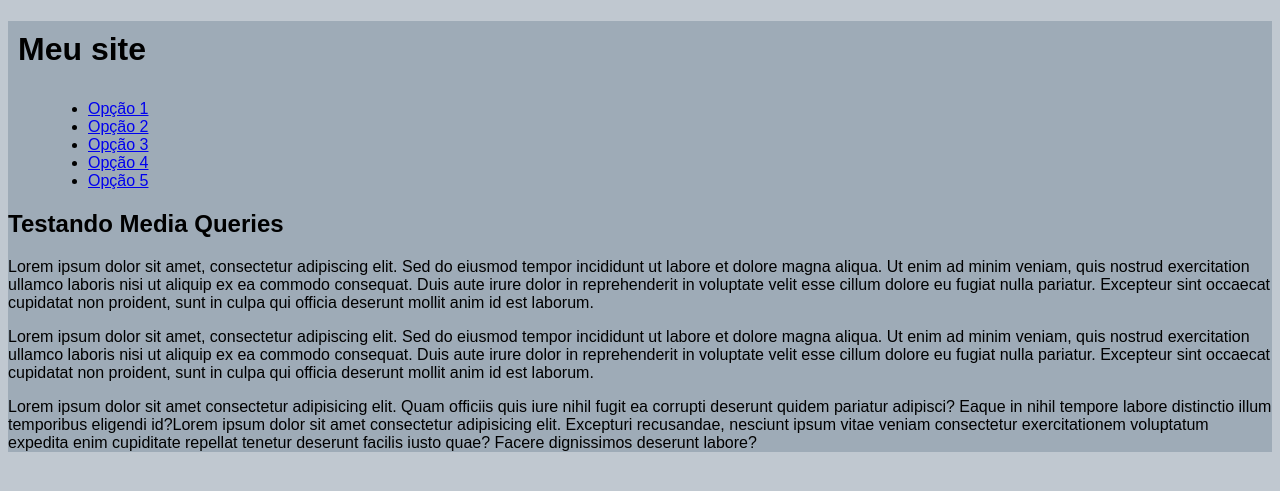
Repository: Sandro1969-tech/menu-hamburger
Page: index.html
The author's editor kept a copy of each file at every save. The page is drawn from the files as they stood at one save, then again after a run of saves.
The browser window is 1280 px wide. The pictures show the whole page.

Above is the page before, as saved 2025-12-25 18:03:05.

### index.html
<!DOCTYPE html>
<html lang="pt-br">
<head>
    <meta charset="UTF-8">
    <meta name="viewport" content="width=device-width, initial-scale=1.0">
    <title>Media Queries</title>
    <link rel="stylesheet" href="style.css">
</head>
<body>
  <header>
    <main>
            <h1>Meu site</h1>
            <menu>
                <ul>
                    <li><a href="#">Opção 1</a></li>
                    <li><a href="#">Opção 2</a></li>
                    <li><a href="#">Opção 3</a></li>
                    <li><a href="#">Opção 4</a></li>
                    <li><a href="#">Opção 5</a></li>
                </ul>
            </menu>
                <article>
                    <h2>Testando Media Queries</h2>
                    <p>Lorem ipsum dolor sit amet, consectetur adipiscing elit. Sed do eiusmod tempor incididunt ut labore et dolore magna aliqua. Ut enim ad minim veniam, quis nostrud exercitation ullamco laboris nisi ut aliquip ex ea commodo consequat. Duis aute irure dolor in reprehenderit in voluptate velit esse cillum dolore eu fugiat nulla pariatur. Excepteur sint occaecat cupidatat non proident, sunt in culpa qui officia deserunt mollit anim id est laborum.</p>
                    <p>Lorem ipsum dolor sit amet, consectetur adipiscing elit. Sed do eiusmod tempor incididunt ut labore et dolore magna aliqua. Ut enim ad minim veniam, quis nostrud exercitation ullamco laboris nisi ut aliquip ex ea commodo consequat. Duis aute irure dolor in reprehenderit in voluptate velit esse cillum dolore eu fugiat nulla pariatur. Excepteur sint occaecat cupidatat non proident, sunt in culpa qui officia deserunt mollit anim id est laborum.</p>
                    <p> Lorem ipsum dolor sit amet consectetur adipisicing elit. Quam officiis quis iure nihil fugit ea corrupti deserunt quidem pariatur adipisci? Eaque in nihil tempore labore distinctio illum temporibus eligendi id?Lorem ipsum dolor sit amet consectetur adipisicing elit. Excepturi recusandae, nesciunt ipsum vitae veniam consectetur exercitationem voluptatum expedita enim cupiditate repellat tenetur deserunt facilis iusto quae? Facere dignissimos deserunt labore?</p>
                </article>
    </main>
  </header>
</body>
</html>

### style.css
@charset "UTF-8";

* {
    font-family: Arial, Helvetica, sans-serif;
}

body {
    background-color:
    rgba(119, 136, 153, 0.459);
}
header {
    background-color:rgba(119, 136, 153, 0.459);
;
}

h1 {
padding: 10px;

}

After the next 5 saves:
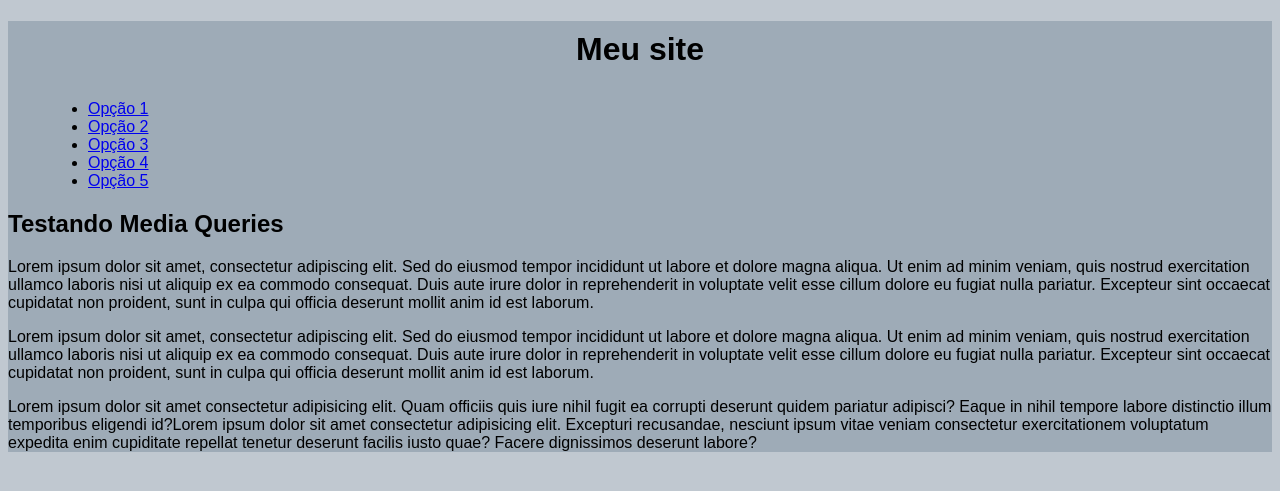
The 5 saves are shown as one change because they came seconds apart.
The last was saved 16 s later.
--- a/style.css
+++ b/style.css
@@ -15,5 +15,9 @@ header {
 
 h1 {
 padding: 10px;
+text-align: center;
+}
+
+menu {
 
 }
